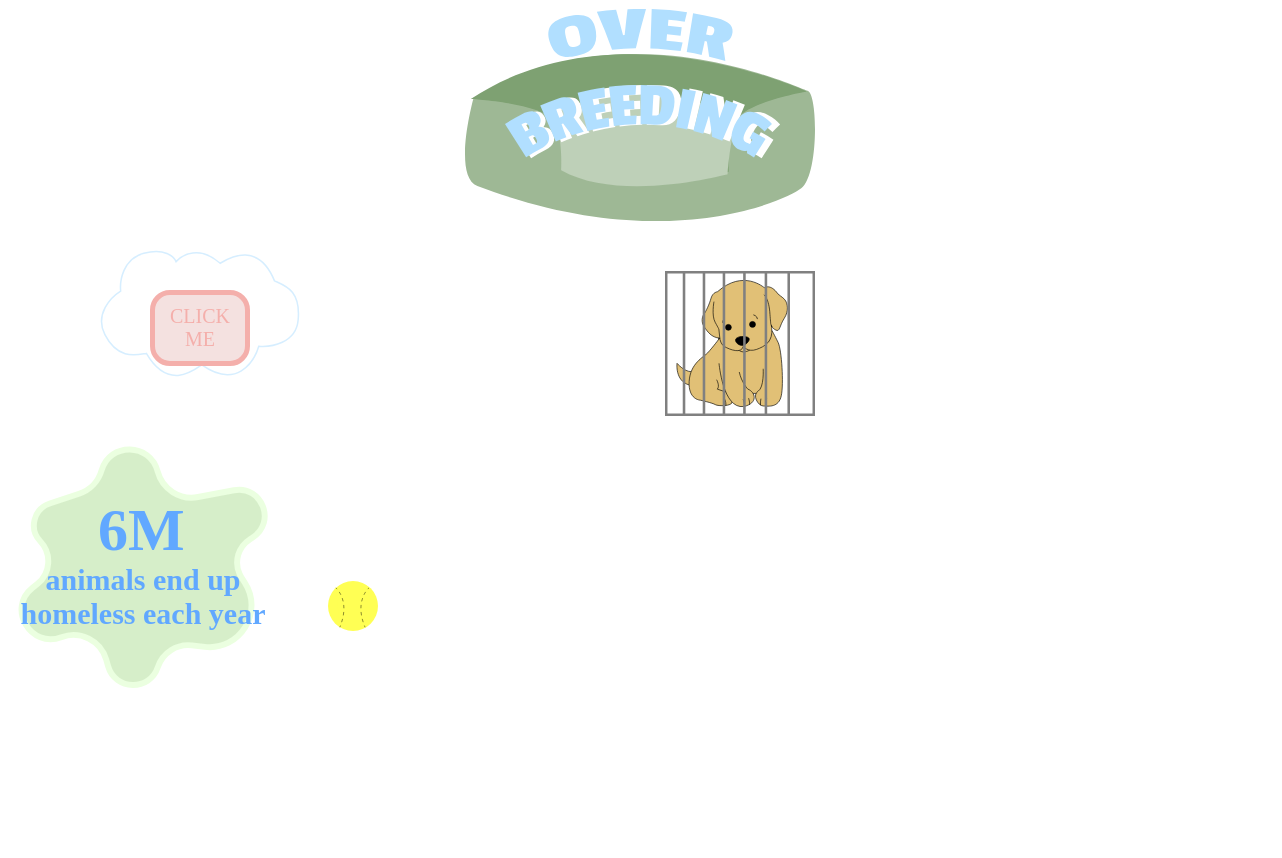
Repository: SoleilDagneau/MDIA2109Midterm
Page: index.html
These files come from the project's save history. The page is drawn as it stood at one moment and after the next save; the edit follows.
The browser window is 1280 px wide. The page is 1282 px wide, so the pictures cover 1282 px, including what lies to the right of the window. The pictures show the whole page.
Some web fonts or font styles are not loaded; a fallback is used.

Above is the page before, as saved 2022-03-02 21:18:11.
Console error: TypeError: Cannot set properties of null (setting 'innerText')

### index.html
<!DOCTYPE html>
<html lang="en">
<head>
    <meta charset="UTF-8">
    <meta http-equiv="X-UA-Compatible" content="IE=edge">
    <meta name="viewport" content="width=device-width, initial-scale=1.0">
    <title>Animal Cruelty</title>

    <link href="styles.css" rel="stylesheet">

    <link rel="preconnect" href="https://fonts.googleapis.com">
    <link rel="preconnect" href="https://fonts.gstatic.com" crossorigin>
    <link href="https://fonts.googleapis.com/css2?family=Passion+One:wght@400;700&display=swap" rel="stylesheet">

    <script src="utils/speechbubble.js"></script>
    <script src="utils/clickbubble.js"></script>
    <script src="utils/squarecard.js"></script>
    <script src="utils/blobcard.js"></script>

</head>
<body>

<div class="overbreeding">

    <div class="conttitle">

        <img class="obtitle" src="imgs/overbreeding.svg" alt="overbreeding title">
    </div>
    <div class="contcage">
        <img class="cage" src="imgs/dogincage.svg" alt="dog in cage img">
        <the-clickbubble class="dogtext" desc_text="CLICK ME"></the-clickbubble>
    </div>
    <div class="contblob">
        <the-blobcard class="blob" blob_text="6M"
         blob_subtext="animals end up homeless each year">
        </the-blobcard>
    </div>
   <div class="ball">
       <img class="ballpic" src="imgs/ball.svg" alt="ball img">
   </div>













</div>

</body>
</html>

### styles.css

.obtitle{
    width:350px;
    display: flex;
    position:relative;
    margin: auto;
}
.cage{
    width:150px;
    display: flex;
    position: relative;
    left: 100px;
    top: 50px;
    margin: auto;

}
.dogtext{
    display: flex;
    position:absolute;
    top:250px;
    left:100px;
    margin: auto;
}
.blob{
    display: flex;
    position:relative;
    left:10px;
    top:80px;
}
.ballpic{
    width:50px;
    display: flex;
    position: relative;
    left:20rem;
    top:-10rem;
}

### utils/speechbubble.js
//MUST HAVE - CREATE A TEMPLATE TAG
var template_speechbub = document.createElement("template"); //<template> </template> RULE

//To-do - CREATE THE UI HERE!
template_speechbub.innerHTML = `

<style>
    #next_button {
        background-color:#61A8FF;
        border:3px solid #AFDDFF;
        border-radius: 10px;
        font-family: 'passion one', cursive;
        color: white;
        font-size:20px;
        margin:65px;
        display:flex;
        position:absolute;
        top:45px;
        left: 30px;

    }
    #speech_bubble{
        width:250px;
        display:flex;
        position:relative;

    }

</style>
<div id="cloud">
    <img id="speech_bubble" src="imgs/cloud.svg" alt=""/>
        <button id="next_button">
            next...
         </button>
</div>

`;

//MUST HAVE - CREATE A CLASS WITH HTMLELEMENT POWERS (interfaces/functionalities)
class TheSpeechBubble extends HTMLElement {

    //MUST HAVE - CREATE A CONSTRUCTOR TO DO INITAL ASSOCIATIONS
    constructor(){
        super(); //pass on the HTMLElement super powers!
        this.attachShadow({mode:"open"}) //Attach it to the shadowRoot

        //To-do - CREATE THE STATES FOR THE UI HERE!
    }

    //MUST HAVE - FUNCTION THAT RUNS AFTER IT'S CONNECTED
    connectedCallback(){
        this.shadowRoot.appendChild(template_speechbub.content.cloneNode(true));
        this.shadowRoot.querySelector("#next_button").innerText = this.getAttribute("button_text"); //use the template to make a clone
    }

    //To-do - CREATE THE FUNCTIONALITIES HERE!
}

//MUST HAVE - define the tag for the custom elements
customElements.define("the-speechbubble", TheSpeechBubble)

### utils/clickbubble.js
//MUST HAVE - CREATE A TEMPLATE TAG
var template_clickbubble = document.createElement("template"); //<template> </template> RULE

//To-do - CREATE THE UI HERE!
template_clickbubble.innerHTML = `

<style>
    #desc_text {
        font-family:'passion one', cursive;
        color: #F4AFAB;
        font-size:20px;
        padding: 10px;
        background-color:#F4E1E0;
        border: 5px solid #F4AFAB;
        border-radius: 20px;
        position: absolute;
        display:flex;
        justify-content:center;
        top:-10px;

        margin:50px;
    }
    img{
        width: 200px;
    }
    #click_bubble{
        display:flex;
    }
</style>
<div id="click_bubble">
    <img src="imgs/cloud.svg" alt="cloud svg"/>
        <button id="desc_text">
            CLICK ME
        </button>
</div>

`;

//MUST HAVE - CREATE A CLASS WITH HTMLELEMENT POWERS (interfaces/functionalities)
class TheClickBubble extends HTMLElement {

    //MUST HAVE - CREATE A CONSTRUCTOR TO DO INITAL ASSOCIATIONS
    constructor(){
        super(); //pass on the HTMLElement super powers!
        this.attachShadow({mode:"open"}) //Attach it to the shadowRoot

        //To-do - CREATE THE STATES FOR THE UI HERE!
    }

    //MUST HAVE - FUNCTION THAT RUNS AFTER IT'S CONNECTED
    connectedCallback(){
        this.shadowRoot.appendChild(template_clickbubble.content.cloneNode(true));
        this.shadowRoot.querySelector("#desc_text").innerText = this.getAttribute("desc_text"); //use the template to make a clone
    }

    //To-do - CREATE THE FUNCTIONALITIES HERE!
}

//MUST HAVE - define the tag for the custom elements
customElements.define("the-clickbubble", TheClickBubble)

### utils/squarecard.js
//MUST HAVE - CREATE A TEMPLATE TAG
var template_scard = document.createElement("template"); //<template> </template> RULE

//To-do - CREATE THE UI HERE!
template_scard.innerHTML = `

<style>
    #info_card {
        background-color:#EBB2AD;
        width: 175px;
        height:175px;
        border: 15px solid #F4E1E0;
        border-radius: 50px;
        margin: 2rem;
    }
    #info_text {
        display:flex;
        justify-content:center;
        font-size:18px;
        font-family: 'nunito', sans-serif;
        color: white;
        padding: 10px;

    }
</style>
<div id="info_card">
    <p id="info_text">info text</p>
</div>
`;

//MUST HAVE - CREATE A CLASS WITH HTMLELEMENT POWERS (interfaces/functionalities)
class TheSquareCard extends HTMLElement {

    //MUST HAVE - CREATE A CONSTRUCTOR TO DO INITAL ASSOCIATIONS
    constructor(){
        super(); //pass on the HTMLElement super powers!
        this.attachShadow({mode:"open"}) //Attach it to the shadowRoot

        //To-do - CREATE THE STATES FOR THE UI HERE!
    }

    //MUST HAVE - FUNCTION THAT RUNS AFTER IT'S CONNECTED
    connectedCallback(){
        this.shadowRoot.appendChild(template_scard.content.cloneNode(true));
        this.shadowRoot.querySelector("#info_text").innerText = this.getAttribute("info_text"); //use the template to make a clone
    }

    //To-do - CREATE THE FUNCTIONALITIES HERE!
}

//MUST HAVE - define the tag for the custom elements
customElements.define("the-squarecard", TheSquareCard)

### utils/blobcard.js
//MUST HAVE - CREATE A TEMPLATE TAG
var template_bcard = document.createElement("template"); //<template> </template> RULE

//To-do - CREATE THE UI HERE!
template_bcard.innerHTML = `

<style>
    #blob_text {
        font-family:'passion one', cursive;
        font-size:60px;
        color:#61A8FF;
        position:absolute;
        text-align:center;
        top:10px;
        left:80px;
    }
    .blob_subtext{
        font-size:30px;
        color:#61A8FF;
        font-family:'passion one', cursive;
        display:block;
        position:relative;
        text-align:center;
        top:-160px;
    }
    #the_blobcard{
        width:250px;
    }
</style>
<div class="container">
    <div id="the_blobcard">
        <img id="" src="imgs/blob.svg" alt=""/>
            <h1 id="blob_text">
                blob text
            </h1>
            <h3 class="blob_subtext">
                animals end up homeless each year
            </h3>
    </div>
</div>
`;

//MUST HAVE - CREATE A CLASS WITH HTMLELEMENT POWERS (interfaces/functionalities)
class TheBlobCard extends HTMLElement {

    //MUST HAVE - CREATE A CONSTRUCTOR TO DO INITAL ASSOCIATIONS
    constructor(){
        super(); //pass on the HTMLElement super powers!
        this.attachShadow({mode:"open"}) //Attach it to the shadowRoot

        //To-do - CREATE THE STATES FOR THE UI HERE!
    }

    //MUST HAVE - FUNCTION THAT RUNS AFTER IT'S CONNECTED
    connectedCallback(){
        this.shadowRoot.appendChild(template_bcard.content.cloneNode(true));
        this.shadowRoot.querySelector("#blob_text").innerText = this.getAttribute("blob_text");
        this.shadowRoot.querySelector("#blob_subtext").innerText = this.getAttribute("blob_subtext");
         //use the template to make a clone
    }

    //To-do - CREATE THE FUNCTIONALITIES HERE!
}

//MUST HAVE - define the tag for the custom elements
customElements.define("the-blobcard", TheBlobCard)

After the next save:
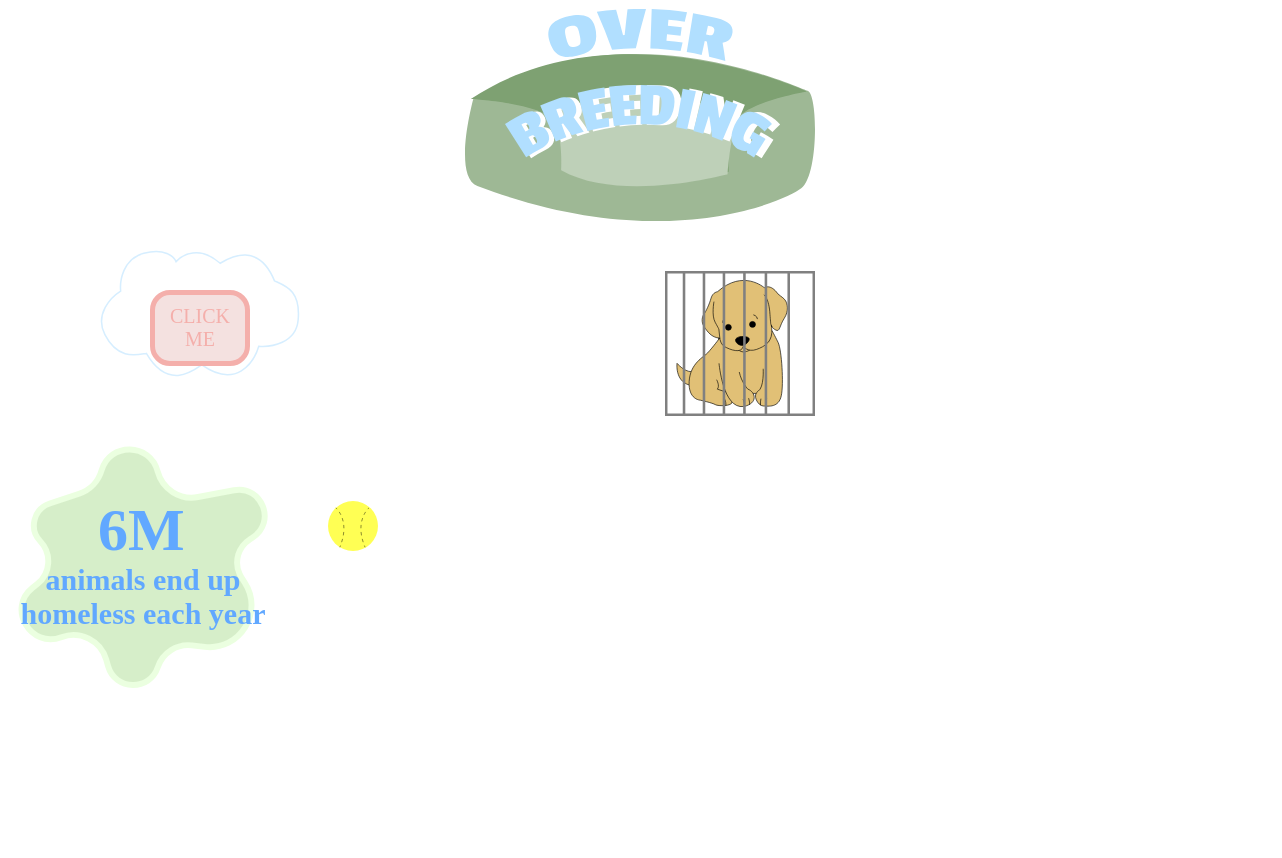
Saved 4 s later.
--- a/styles.css
+++ b/styles.css
@@ -32,5 +32,5 @@
     display: flex;
     position: relative;
     left:20rem;
-    top:-10rem;
+    top:-15rem;
 }
